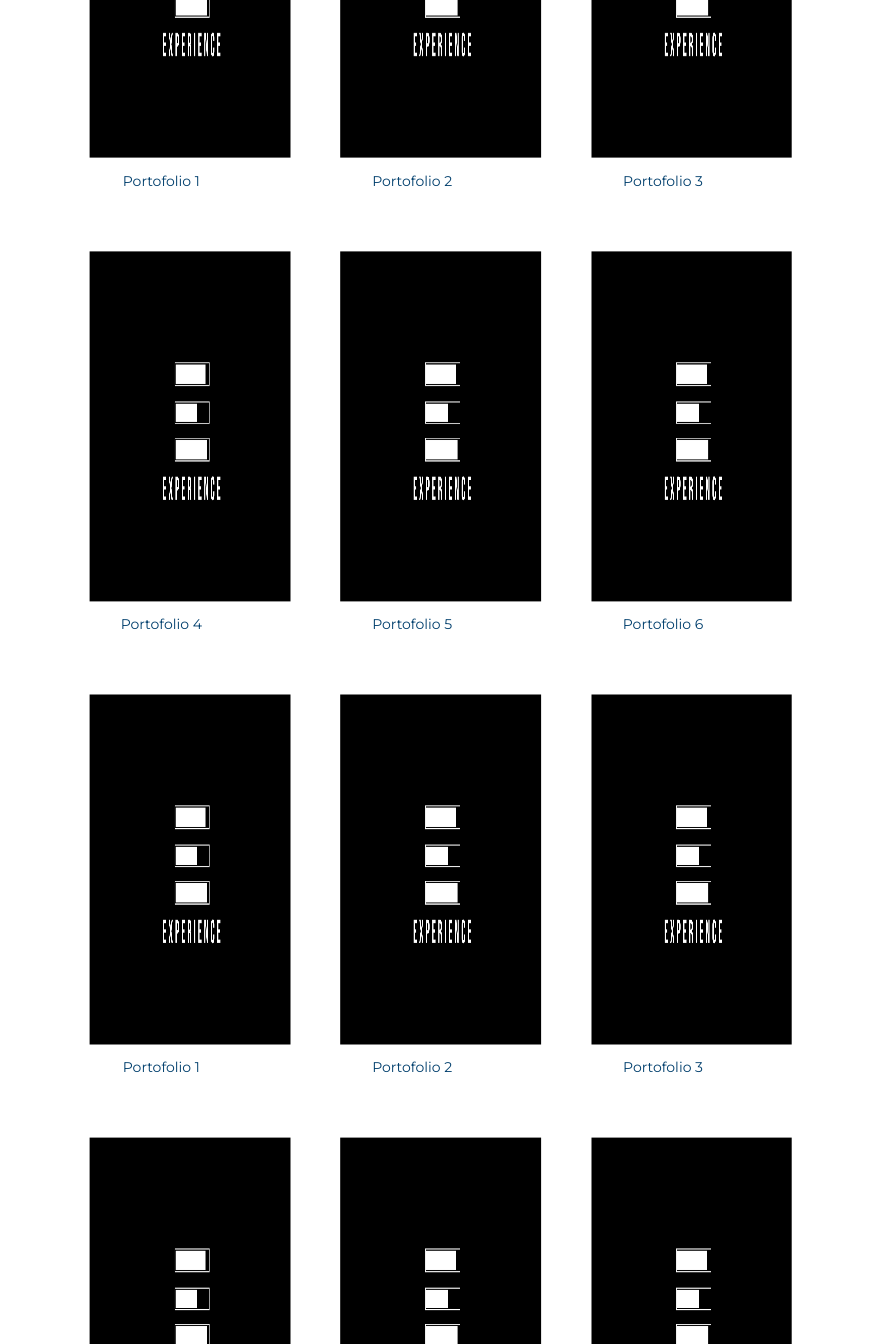
Repository: Ryuzuky07/expweb_movie
Page: HTML/movie1.html
These files come from the project's save history. The page is drawn as it stood at one moment and after the next save; the edit follows.
The browser window is 1280 px wide. The pictures show the part of the page from y = 1163 to 3083 px (the page is 3518 px tall), at 70% of full size.
Some web libraries are served in a nearby version.

Above is the page before, as saved 2021-11-26 11:58:36.
Console error: TypeError: Cannot read properties of undefined (reading 'style')

After the next save:
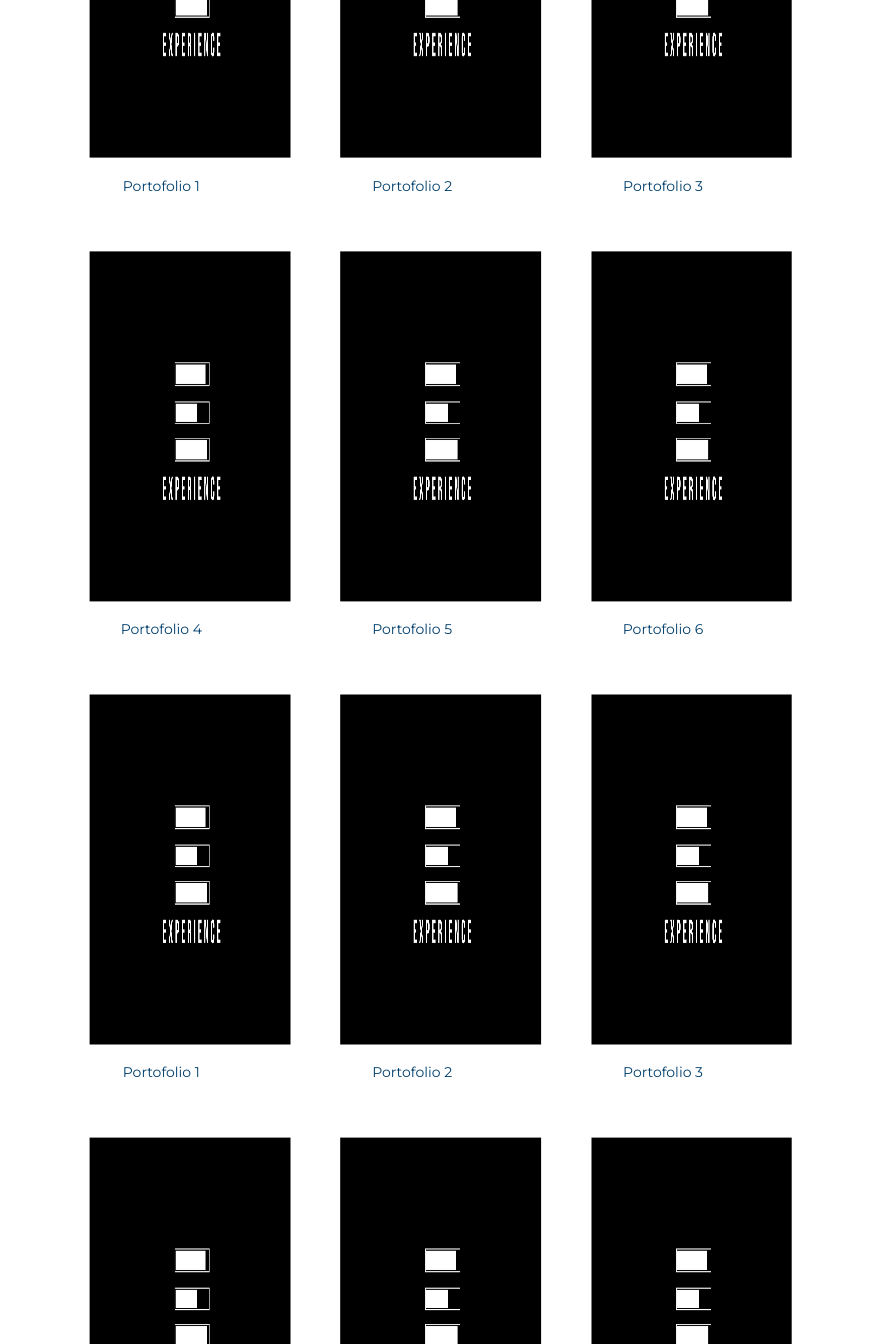
Saved 4 s later.
--- a/CSS/movie.css
+++ b/CSS/movie.css
@@ -275,7 +275,7 @@ align-items: center;
 .porto .folio > img{
     width: 140%;
     height: 500px;
-    padding-bottom: 5px;
+    padding-bottom: 12px;
 }
 .porto .folio p {
     text-align: left ;
